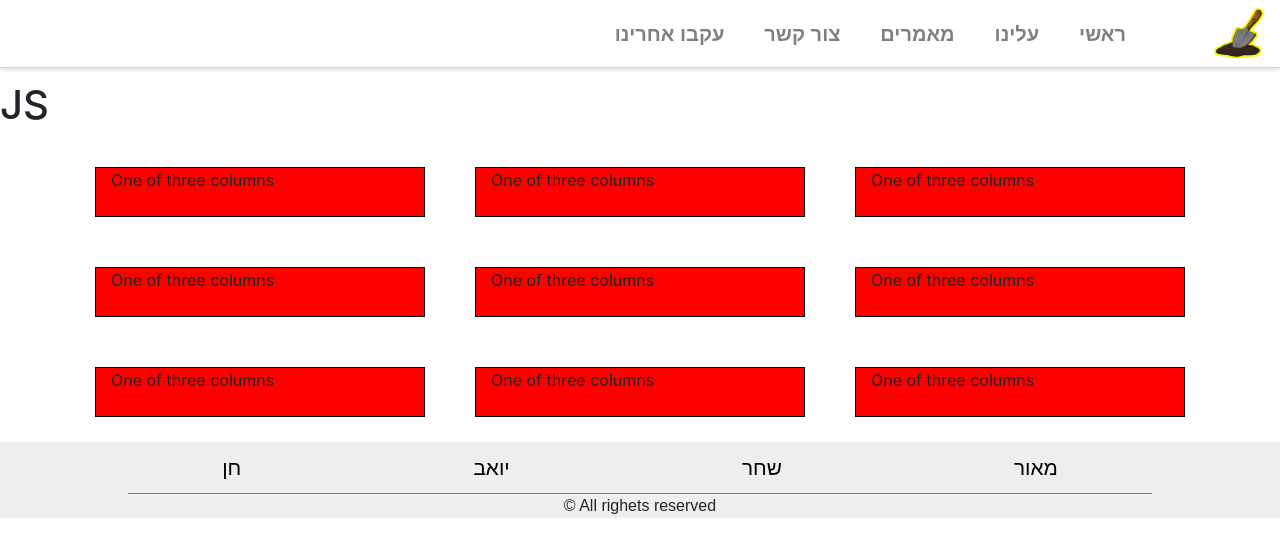
Repository: yoavBenZion/Blog-Zubi
Page: articlesPage.html
These files come from the project's save history. The page is drawn as it stood at one moment and after the next save; the edit follows.
The browser window is 1280 px wide. The pictures show the whole page.
Some web fonts or font styles are not loaded; a fallback is used. Some web libraries are served in a nearby version.

Above is the page before, as saved 2017-10-26 11:50:16.

### articlesPage.html
<!DOCTYPE html>
<html lang="he">

<head>
    <meta charset="UTF-8">
    <meta name="viewport" content="width=device-width, initial-scale=1,user-scalable=no;">
    <title>החופרים</title>
    <link rel="stylesheet" href="https://maxcdn.bootstrapcdn.com/bootstrap/4.0.0-beta/css/bootstrap.min.css" integrity="sha384-/Y6pD6FV/Vv2HJnA6t+vslU6fwYXjCFtcEpHbNJ0lyAFsXTsjBbfaDjzALeQsN6M"
        crossorigin="anonymous">
    <link rel="stylesheet" href="https://maxcdn.bootstrapcdn.com/bootstrap/4.0.0-beta.2/css/bootstrap.min.css" integrity="sha384-PsH8R72JQ3SOdhVi3uxftmaW6Vc51MKb0q5P2rRUpPvrszuE4W1povHYgTpBfshb"
        crossorigin="anonymous">

    <script src="https://code.jquery.com/jquery-3.2.1.slim.min.js" integrity="sha384-KJ3o2DKtIkvYIK3UENzmM7KCkRr/rE9/Qpg6aAZGJwFDMVNA/GpGFF93hXpG5KkN"
        crossorigin="anonymous"></script>
    <script src="https://cdnjs.cloudflare.com/ajax/libs/popper.js/1.12.3/umd/popper.min.js" integrity="sha384-vFJXuSJphROIrBnz7yo7oB41mKfc8JzQZiCq4NCceLEaO4IHwicKwpJf9c9IpFgh"
        crossorigin="anonymous"></script>
    <script src="https://maxcdn.bootstrapcdn.com/bootstrap/4.0.0-beta.2/js/bootstrap.min.js" integrity="sha384-alpBpkh1PFOepccYVYDB4do5UnbKysX5WZXm3XxPqe5iKTfUKjNkCk9SaVuEZflJ"
        crossorigin="anonymous"></script>
    <link rel="stylesheet" href="css/Gridrispon.css" type="text/css">
    <link rel="stylesheet" href="css/header.css" type="text/css">
    <link rel="stylesheet" href="css/PopupRispon.css">
    <link rel="stylesheet" href="css/footer.css">
    <link rel="stylesheet" type="text/css" href="css/articlesPage.css">



</head>

<body dir="rtl">
    <header>

        <nav class="navbar navbar-expand-sm navbar-light bg-faded">
            <button class="navbar-toggler" type="button" data-toggle="collapse" data-target="#nav-content" aria-controls="nav-content"
                aria-expanded="false" aria-label="Toggle navigation">
                <span class="navbar-toggler-icon"></span>
            </button>
            <div class="logo">
                <img src="./img/shovel-575661_1280.png">
            </div>
            <!-- Brand -->
            <a class="navbar-brand" href="#"> </a>

            <!-- Links -->
            <div class="collapse navbar-collapse" id="nav-content">
                <ul class="navbar-nav">
                    <li class="nav-item">
                        <a class="nav-link" href="#1">ראשי</a>
                    </li>
                    <li class="nav-item">
                        <a class="nav-link" href="#2">עלינו</a>
                    </li>
                    <li class="nav-item">
                        <a class="nav-link" href="#5">מאמרים</a>
                    </li>
                    <li class="nav-item">
                        <a class="nav-link" href="contact.html">צור קשר</a>
                    </li>
                    <li class="nav-item">
                        <a class="nav-link" href="subscribe.html">עקבו אחרינו</a>
                    </li>

                </ul>

            </div>

        </nav>

    </header>


    <h1>JS</h1>
    <div class="container">
        <div class="row">
            <div class="col">
                One of three columns
            </div>
            <div class="col">
                One of three columns
            </div>
            <div class="col">
                One of three columns
            </div>
        </div>
        <div class="row">
            <div class="col">
                One of three columns
            </div>
            <div class="col">
                One of three columns
            </div>
            <div class="col">
                One of three columns
            </div>
        </div>
        <div class="row">
            <div class="col">
                One of three columns
            </div>
            <div class="col">
                One of three columns
            </div>
            <div class="col">
                One of three columns
            </div>
        </div>
    </div>

    <footer id="footer">
        <ul>
            <li class="box">
                <a class="button" href="#popup3">
                    מאור
                </a>
            </li>
            <li class="box">
                <a class="button" href="#popup2">
                    שחר
                </a>
            </li>
            <li class="box">
                <a class="button" href="#popup1">
                    יואב
                </a>
            </li>
            <li>
                <a class="button" href="#popup4">
                    חן
                </a>
            </li>
        </ul>
        </div>
        <!--yoav popup-->
        <div id="popup1" class="overlay">
            <div class="popup">
                <h2>Yoav Benzion</h2>
                <a class="close" href="#footer">&times;</a>
                <div class="content">
                    <div class="footer-social-icons">
                        <img class="avatar" src="img/yoav.jfif">
                        <p>front end web developer</p>
                        <h4 class="_14">Follow me on:</h4>
                        <ul class="social-icons">
                            <li>
                                <a href="https://www.facebook.com/yoav.benzion.5" target="_blank" class="social-icon">
                                    <i class="fa fa-facebook"></i>
                                </a>
                            </li>
                            <li>
                                <a href="https://twitter.com/Yoav_BenZion" target="_blank" class="social-icon">
                                    <i class="fa fa-twitter"></i>
                                </a>
                            </li>
                            <li>
                                <a href="https://github.com/yoavBenZion" target="_blank" class="social-icon">
                                    <i class="fa fa-github"></i>
                                </a>
                            </li>
                            <li>
                                <a href="https://codepen.io/yoavBZ/" target="_blank" class="social-icon">
                                    <i class="fa fa-codepen"></i>
                                </a>
                            </li>
                            <li>
                                <a href="https://www.linkedin.com/in/yoav-benzion-45818360/" target="_blank" class="social-icon">
                                    <i class="fa fa-linkedin"></i>
                                </a>
                            </li>
                            <li>
                                <a href="https://stackoverflow.com/users/8386160/yoav-b" target="_blank" class="social-icon">
                                    <i class="fa fa-stack-overflow"></i>
                                </a>
                            </li>
                        </ul>
                    </div>
                </div>
            </div>
        </div>
        <!--Shachar popup-->
        <div id="popup2" class="overlay">
            <div class="popup">
                <h2>Shachar</h2>
                <a class="close" href="#footer">&times;</a>
                <div class="content">
                    <div class="footer-social-icons">
                        <img class="avatar" src="img/kid.jpg">
                        <p>front end web developer</p>
                        <h4 class="_14">Follow me on:</h4>
                        <ul class="social-icons">
                            <li>
                                <a href="" class="social-icon">
                                    <i class="fa fa-facebook"></i>
                                </a>
                            </li>
                            <li>
                                <a href="" class="social-icon">
                                    <i class="fa fa-twitter"></i>
                                </a>
                            </li>
                            <li>
                                <a href="" class="social-icon">
                                    <i class="fa fa-github"></i>
                                </a>
                            </li>
                            <li>
                                <a href="" class="social-icon">
                                    <i class="fa fa-codepen"></i>
                                </a>
                            </li>
                            <li>
                                <a href="" class="social-icon">
                                    <i class="fa fa-linkedin"></i>
                                </a>
                            </li>
                            <li>
                                <a href="" class="social-icon">
                                    <i class="fa fa-stack-overflow"></i>
                                </a>
                            </li>
                        </ul>
                    </div>
                </div>
            </div>
        </div>

        <!--Maor popup-->

        <div id="popup3" class="overlay">
            <div class="popup">
                <h2>Maor</h2>
                <a class="close" href="#footer">&times;</a>
                <div class="content">
                    <div class="footer-social-icons">
                        <img class="avatar" src="img/mona.jpg">
                        <p>front end web developer</p>
                        <h4 class="_14">Follow me on:</h4>
                        <ul class="social-icons">
                            <li>
                                <a href="" class="social-icon">
                                    <i class="fa fa-facebook"></i>
                                </a>
                            </li>
                            <li>
                                <a href="" class="social-icon">
                                    <i class="fa fa-twitter"></i>
                                </a>
                            </li>
                            <li>
                                <a href="" class="social-icon">
                                    <i class="fa fa-github"></i>
                                </a>
                            </li>
                            <li>
                                <a href="" class="social-icon">
                                    <i class="fa fa-codepen"></i>
                                </a>
                            </li>
                            <li>
                                <a href="" class="social-icon">
                                    <i class="fa fa-linkedin"></i>
                                </a>
                            </li>
                            <li>
                                <a href="" class="social-icon">
                                    <i class="fa fa-stack-overflow"></i>
                                </a>
                            </li>
                        </ul>
                    </div>
                </div>
            </div>
        </div>

        <!--Chen popup-->
        <div id="popup4" class="overlay">
            <div class="popup">
                <h2>Chen Ginsberg</h2>
                <a class="close" href="#footer">&times;</a>
                <div class="content">
                    <!--          <div class="footer-social-icons">-->
                    <img class="avatar" src="img/MINER.jpg">
                    <p>front end web developer</p>
                    <h4 class="_14">Follow me on:</h4>
                    <ul class="social-icons">
                        <li>
                            <a href="https://www.facebook.com/chenogi" class="social-icon">
                                <i class="fa fa-facebook"></i>
                            </a>
                        </li>
                        <li>
                            <a href="https://github.com/ChenGinsberg?" class="social-icon">
                                <i class="fa fa-github"></i>
                            </a>
                        </li>
                        <li>
                            <a href="https://www.linkedin.com/in/chen-ginsberg-8829a713b/" class="social-icon">
                                <i class="fa fa-linkedin"></i>
                            </a>
                        </li>
                        <li>
                            <a href="https://stackoverflow.com/users/8377318/chen-ginsberg" class="social-icon">
                                <i class="fa fa-stack-overflow"></i>
                            </a>
                        </li>
                    </ul>
                </div>
            </div>
        </div>



        <div class="footer-bottem" dir="ltr">&copy; All righets reserved </div>
    </footer>
    <script src="https://code.jquery.com/jquery-3.2.1.slim.min.js" integrity="sha384-KJ3o2DKtIkvYIK3UENzmM7KCkRr/rE9/Qpg6aAZGJwFDMVNA/GpGFF93hXpG5KkN"
        crossorigin="anonymous"></script>
    <script src="https://cdnjs.cloudflare.com/ajax/libs/popper.js/1.11.0/umd/popper.min.js" integrity="sha384-b/U6ypiBEHpOf/4+1nzFpr53nxSS+GLCkfwBdFNTxtclqqenISfwAzpKaMNFNmj4"
        crossorigin="anonymous"></script>
    <script src="https://maxcdn.bootstrapcdn.com/bootstrap/4.0.0-beta/js/bootstrap.min.js" integrity="sha384-h0AbiXch4ZDo7tp9hKZ4TsHbi047NrKGLO3SEJAg45jXxnGIfYzk4Si90RDIqNm1"
        crossorigin="anonymous"></script>
</body>

</html>

### css/footer.css
@import url(http://fonts.googleapis.com/earlyaccess/alefhebrew.css);
footer {
  background-color: #eee;
  text-align: center;
  font-family: "Alef Hebrew", sans-serif;
  font-size: 1.3rem;
}

footer ul {
  display: flex;
  flex-direction: row;
  padding-right: 0;
  justify-content: space-evenly;
}

footer ul>li {
  list-style: none;
  padding: 10px;
  /*  background-color: #29C3FF;*/
}

footer ul>li:nth-child(odd) {
  color: #93A2A8;
}

footer ul>li:nth-child(even) {
  color: #E2DDE7;
}

footer ul>li:hover {
  background-color: #fff;
  /*  flex: 1;*/
  /*  font-size: 1.5rem;*/
  color: #E2DD11;
  /*  background-repeat: no-repeat;*/
}


/*
footer ul {
  display: grid;
  grid-template-columns: repeat(4, 1fr);
  grid-auto-rows:minmax(50px, auto);
  margin-right: -40px;
 grid-gap: 0.5em;
}
*/

.about,
.footer-bottem {
  text-align: center;
  width: 80%;
  margin: 0 auto;
}

.about {
  border-bottom: 1px dotted black;
}

.footer-bottem {
  border-top: 0.5px solid grey;
  font-size: 1rem;
}

### css/articlesPage.css
/* Grid */

body {
    background-color: ;
}

.col {
    background-color: red;
    margin: 25px;
    height: 50px;
    border: 1px solid black;
}

Loaded but not shown: css/PopupRispon.css (986 lines, source omitted); css/Gridrispon.css (977 lines, source omitted); css/header.css (no stored copy; drawn as an empty file)

After the next save:
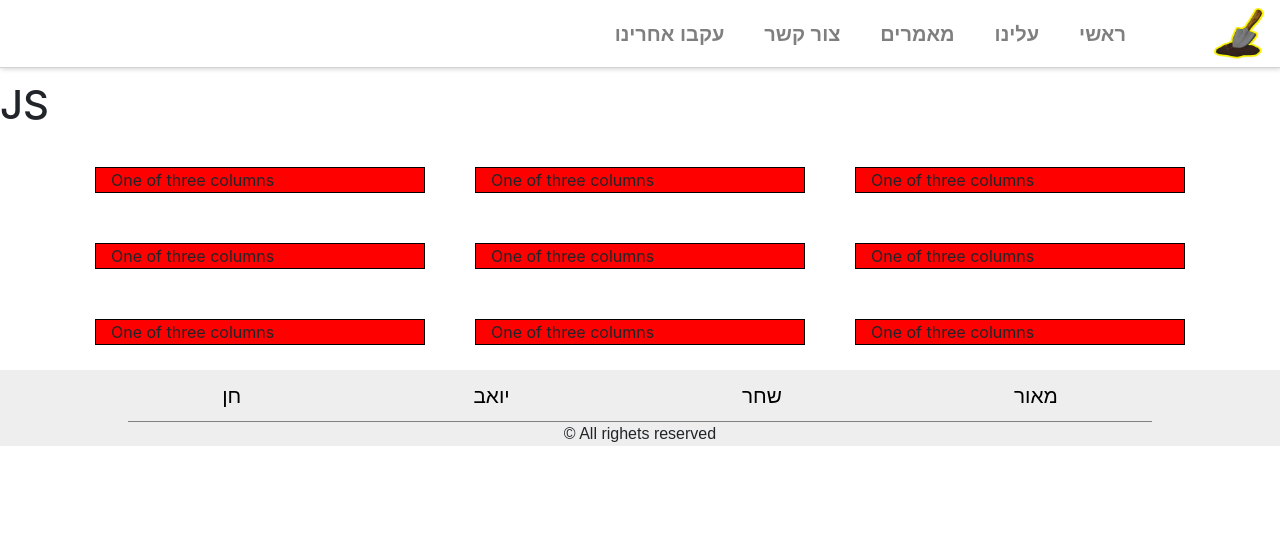
Saved 18 s later.
--- a/css/articlesPage.css
+++ b/css/articlesPage.css
@@ -7,6 +7,6 @@ body {
 .col {
     background-color: red;
     margin: 25px;
-    height: 50px;
+    height: 25%;
     border: 1px solid black;
 }
